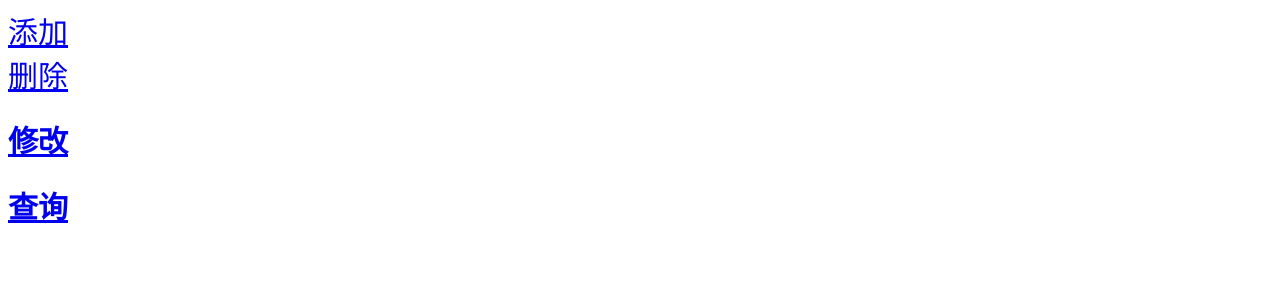
Repository: Matty-GCU/MyEclipse
Page: Java_Web_Learning/WebRoot/chapter06_JSP&JDBC/homework/stu_info_mng_sys.html
The author's editor kept a copy of each file at every save. The page is drawn from the files as they stood at one save, then again after the next save.
The browser window is 1280 px wide. The pictures show the whole page.

Above is the page before, as saved 2021-10-16 09:17:37.

After the next save:
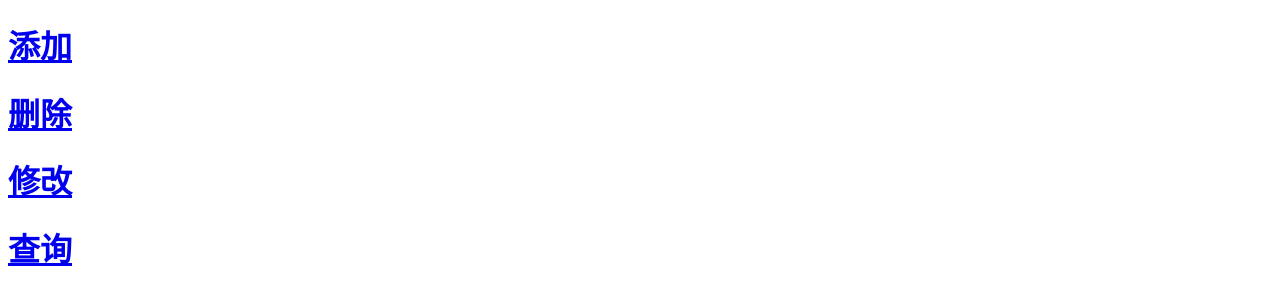
Saved 13 s later.
--- a/Java_Web_Learning/WebRoot/chapter06_JSP&JDBC/homework/stu_info_mng_sys.html
+++ b/Java_Web_Learning/WebRoot/chapter06_JSP&JDBC/homework/stu_info_mng_sys.html
@@ -9,15 +9,10 @@
 			但是老师在这章估计不想让我们用js。
 			2）还有就是不用表单，直接用超链接<a href和浮动框架<iframe，也可以对增删改查四种操作进行对应的处理。
 		-->
-		<style type="text/css">
-			a{
-				font-size:30px;
-			}
-		</style>
 	</head>
 	<body>
-		<a href="insert.jsp">添加</a><br>
-		<a href="delete.jsp">删除</a><br>
+		<h1><a href="insert.jsp">添加</a></h1>
+		<h1><a href="delete.jsp">删除</a></h1>
 		<h1><a href="update.jsp">修改</a></h1>
 		<h1><a href="search.jsp">查询</a></h1>
 	</body>
